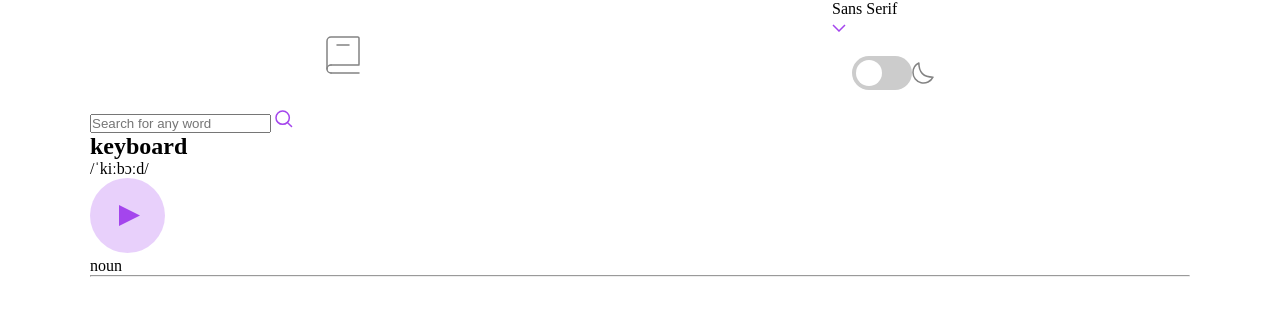
Repository: Arkitecth/dictionary-app
Page: index.html
An editor plug-in stored every save of this project. The page is shown before and after the next save, followed by the edit.
The browser window is 1280 px wide. The pictures show the whole page.

Above is the page before, as saved 2023-07-19 19:15:44.

### index.html
<!DOCTYPE html>
<html lang="en">
<head>
  <meta charset="UTF-8">
  <meta name="viewport" content="width=device-width, initial-scale=1.0">
  <link rel="stylesheet" href="styles.css">
  <title>Dictionary</title>
</head>
<body>

  <!-- Navigation -->
  <nav>
    <img src="assets/images/logo.svg" alt="logo">

    <div class="right">
      <div class="fonts">
        <p>Sans Serif</p>
        <img src="assets/images/icon-arrow-down.svg" alt="icon-arrow-down">
      </div>

      <div class="ruler"></div>

      <div class="togglers">
        <!-- Rounded switch -->
        <label class="switch">
          <input type="checkbox">
          <span class="slider round"></span>
        </label>
        <img src="assets/images/icon-moon.svg" alt="moon-icon">
      </div>
    </div>
  </nav>


  <!-- Search Bar -->
  <section class="search">
    <label for="search-bar"></label>
    <input type="text" name="search-bar" id="search-bar" placeholder="Search for any word">
    <img src="assets/images/icon-search.svg" alt="search-icon" class="search-icon">
  </section>


  <main>
    <section class="word-view">
      <div class="word-group">
        <h1>keyboard</h1>
        <p>/ˈkiːbɔːd/</p>
      </div>
      <img src="assets/images/icon-play.svg" alt="icon-play">
    </section>

    <div class="speech-part-group">
      <p class="speech-part">noun</p>
    </div>
  <hr>

  </main>

</body>
</html>

### styles.css

* {
    margin: 0;
    padding: 0;
}



/* Main Styling */

body {
    max-width: 1100px;
    margin: 0 auto;
}

nav {
    display: flex;
    justify-content: space-around;
}

.togglers {
    display: flex;
    padding: 20px;
}


/* The switch - the box around the slider */
.switch {
  position: relative;
  display: inline-block;
  width: 60px;
  height: 34px;
}

/* Hide default HTML checkbox */
.switch input {
  opacity: 0;
  width: 0;
  height: 0;
}

/* The slider */
.slider {
  position: absolute;
  cursor: pointer;
  top: 0;
  left: 0;
  right: 0;
  bottom: 0;
  background-color: #ccc;
  -webkit-transition: .4s;
  transition: .4s;
}

.slider:before {
  position: absolute;
  content: "";
  height: 26px;
  width: 26px;
  left: 4px;
  bottom: 4px;
  background-color: white;
  -webkit-transition: .4s;
  transition: .4s;
}

input:checked + .slider {
  background-color: #2196F3;
}

input:focus + .slider {
  box-shadow: 0 0 1px #2196F3;
}

input:checked + .slider:before {
  -webkit-transform: translateX(26px);
  -ms-transform: translateX(26px);
  transform: translateX(26px);
}

/* Rounded sliders */
.slider.round {
  border-radius: 34px;
}

.slider.round:before {
  border-radius: 50%;
}

After the next save:
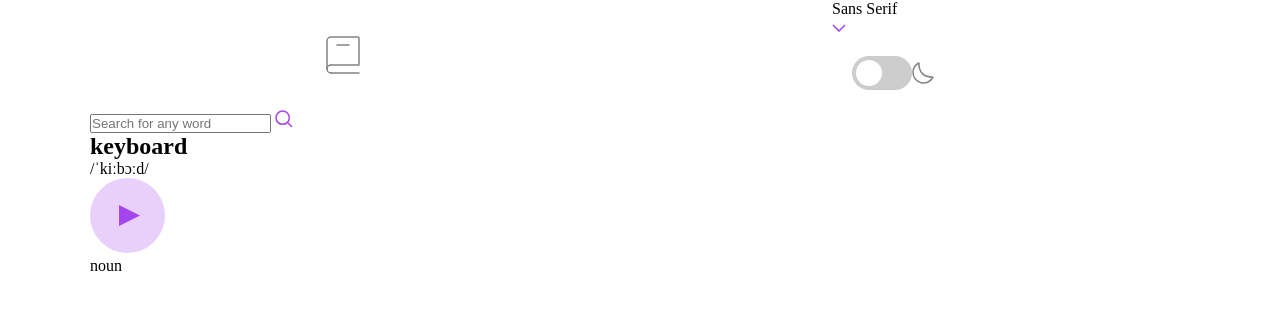
Saved 2 min 3 s later.
--- a/index.html
+++ b/index.html
@@ -51,8 +51,9 @@
 
     <div class="speech-part-group">
       <p class="speech-part">noun</p>
+      <!-- <hr> -->
     </div>
-  <hr>
+
 
   </main>
 

After the save that followed:
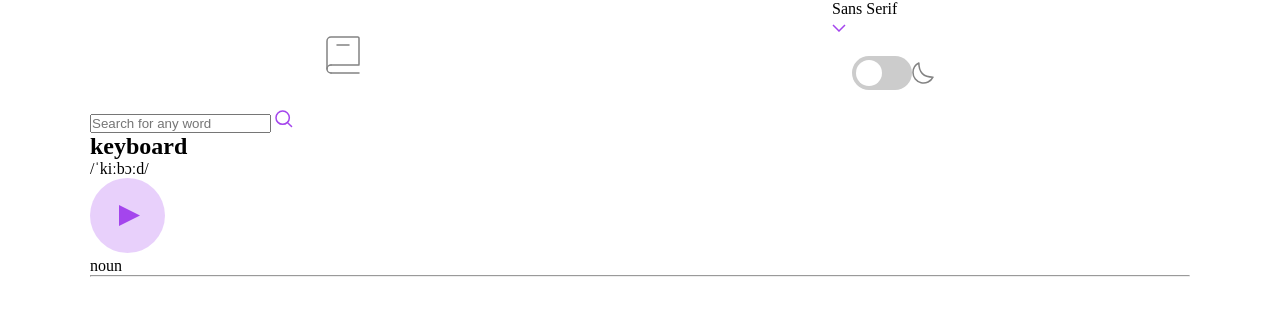
Saved 3 min 13 s later.
--- a/index.html
+++ b/index.html
@@ -51,7 +51,7 @@
 
     <div class="speech-part-group">
       <p class="speech-part">noun</p>
-      <!-- <hr> -->
+      <hr>
     </div>
 
 
